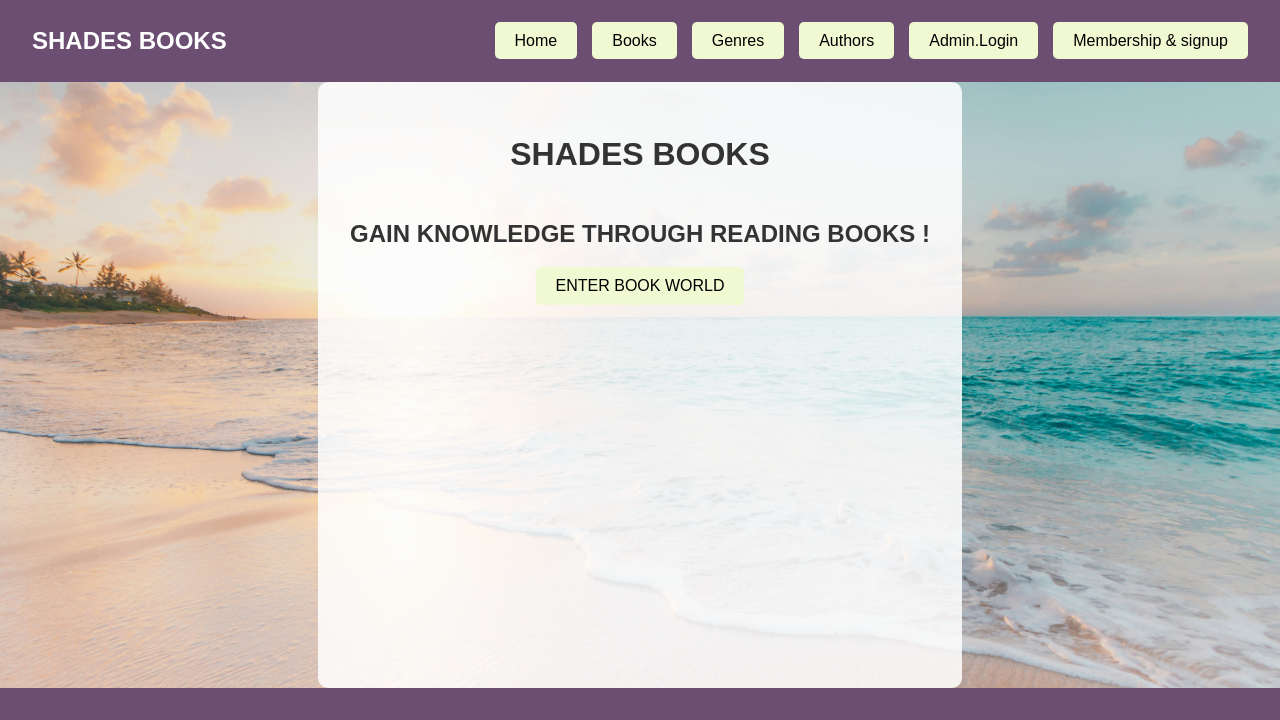
Repository: Harishsuresh-kumar/Library-Web
Page: WORK SITE/User.html
The author's editor kept a copy of each file at every save. The page is drawn from the files as they stood at one save, then again after a run of saves.
The browser window is 1280 px wide. The pictures show the whole page.

Above is the page before, as saved 2024-11-07 14:12:18.

After the next 2 saves:
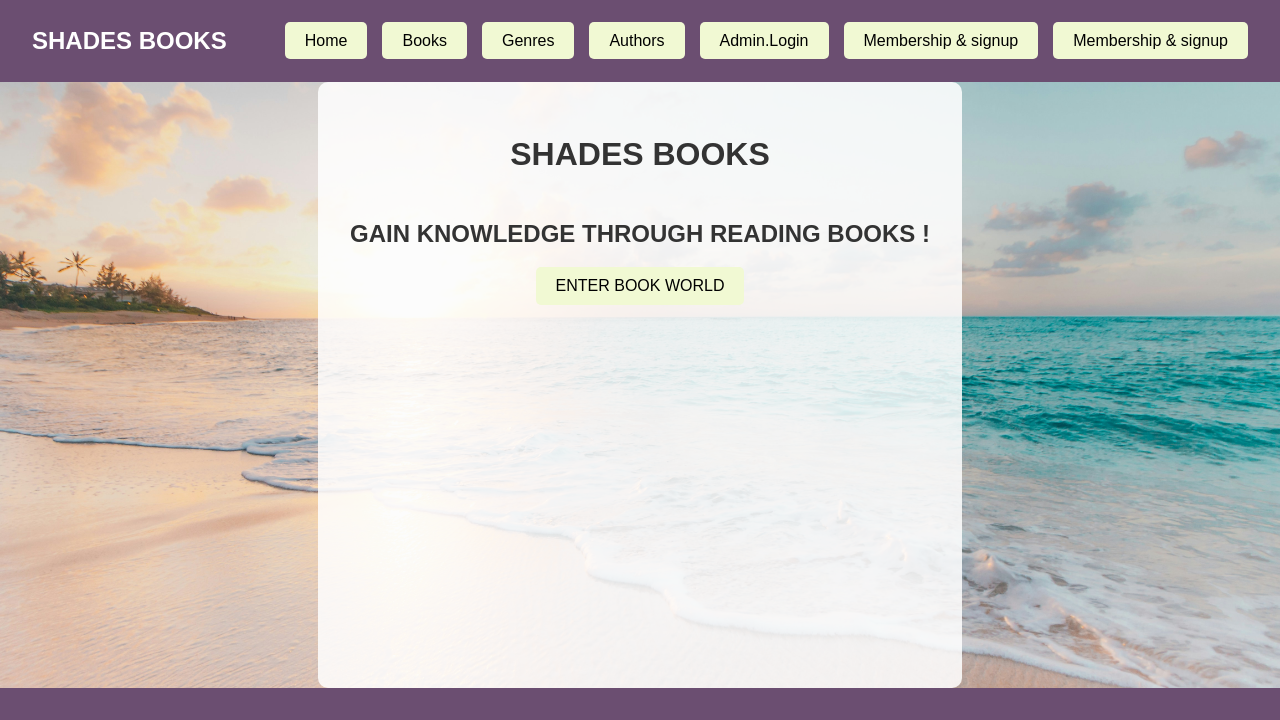
The 2 saves are shown as one change because they came seconds apart.
The last was saved 9 min 23 s later.
--- a/WORK SITE/User.html
+++ b/WORK SITE/User.html
@@ -19,6 +19,7 @@
                     <li><a href="genre.html" class="button">Genres</a></li>
                     <li><a href="Authors.html" class="button">Authors</a></li>
                     <li><a href="admin pass.html" class="button"> Admin.Login</a></li>
+                    <li><a href="Membership.html" class="button">Membership & signup</a></li>
                     <li><a href="Membership.html" class="button">Membership & signup</a></li>
                 </ul>
             </nav>
